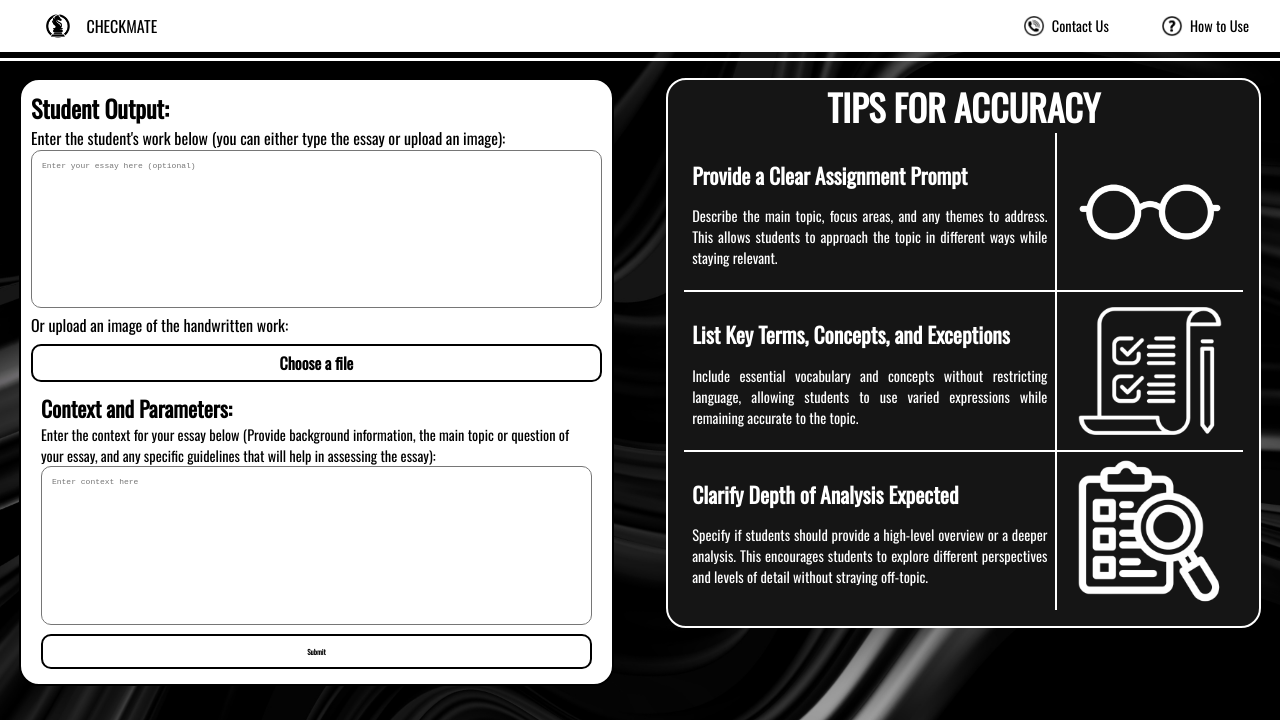
Repository: iiTzXyZ11/CheckMateAI
Page: http://localhost/scan
These files come from the project's save history. The page is drawn as it stood at one moment and after a run of saves; the edit follows.
The browser window is 1280 px wide. The pictures show the whole page.
The page is served by the project's application, run on Flask 3 (app.py).

Above is the page before, as saved 2025-01-30 21:37:55.

After the next 2 saves:
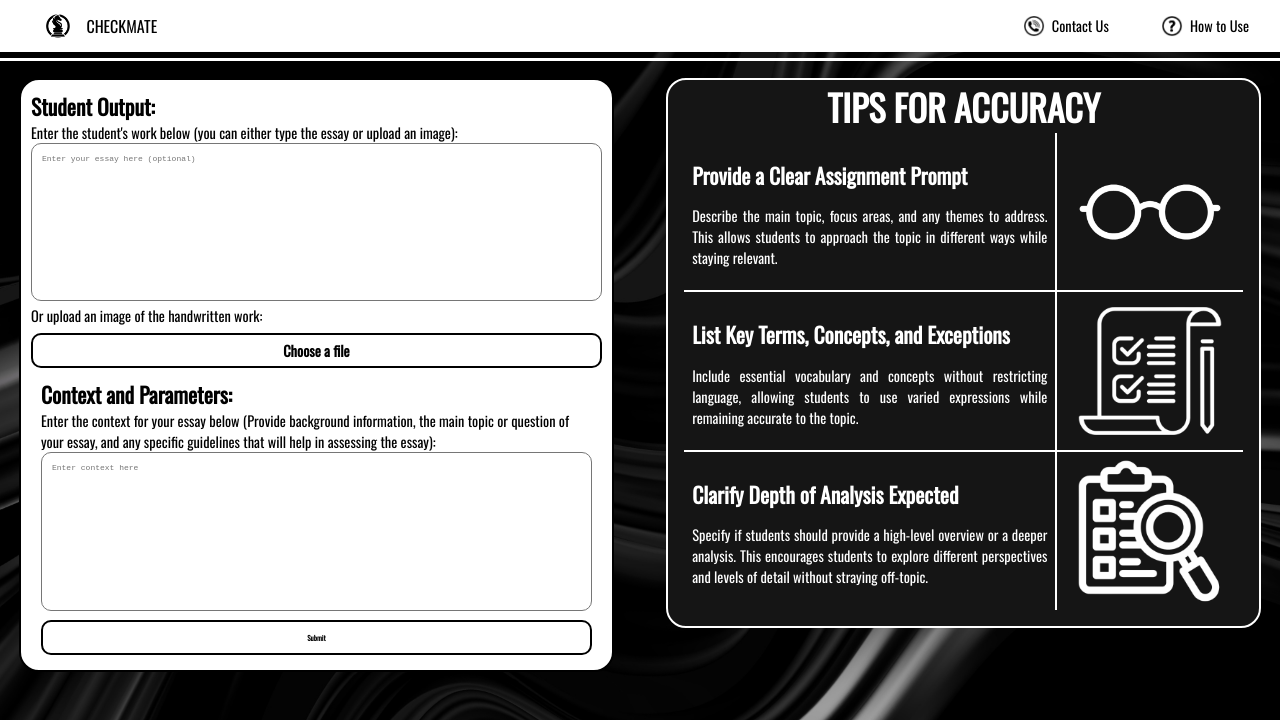
The 2 saves are shown as one change because they came seconds apart.
The last was saved 8 s later.
--- a/static/css/test_style.css
+++ b/static/css/test_style.css
@@ -15,7 +15,7 @@
     }
 
     .box{
-        font-size: clamp(1rem,1vh,1.032rem);
+        font-size: clamp(0.9rem,1vh,1.032rem);
     }
 
     .tips-container h1{
